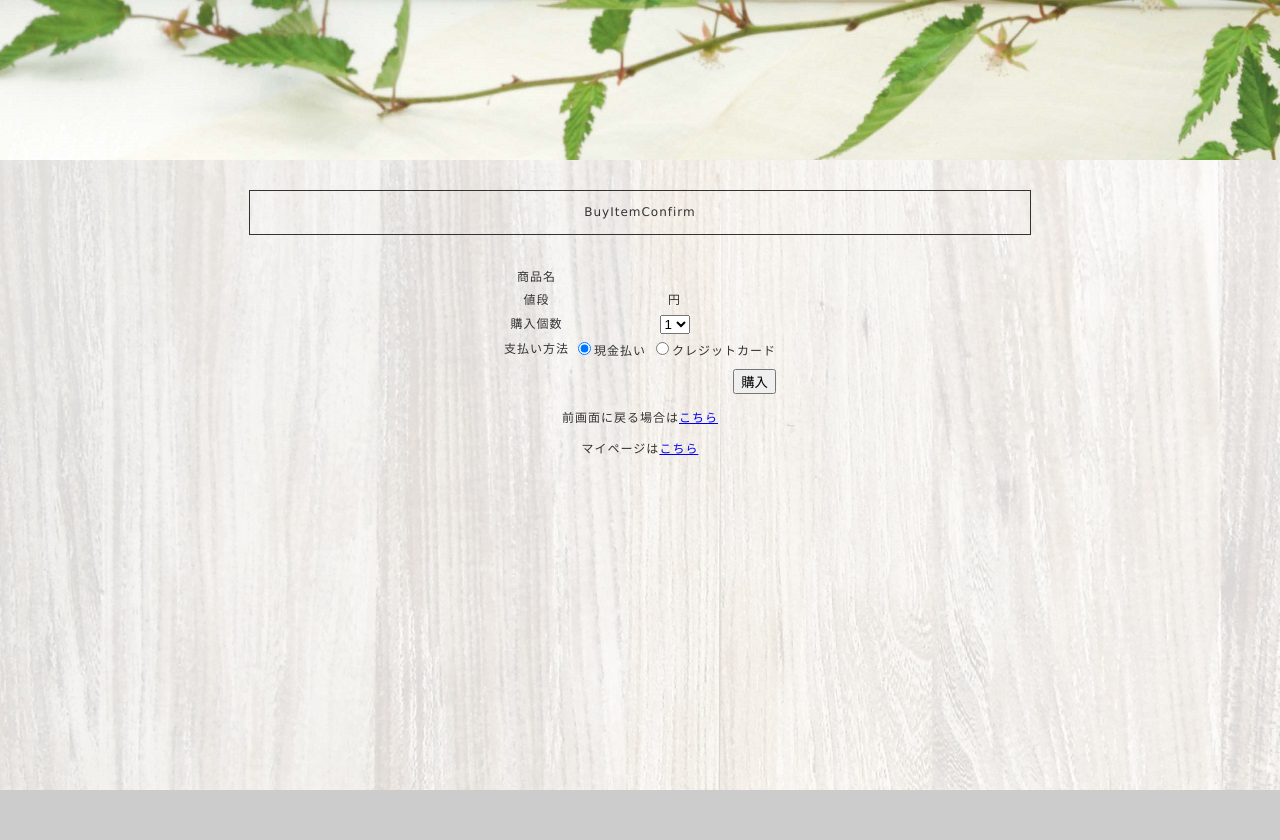
Repository: hiranatsu/ECtest
Page: http://localhost/myecsite01/buyItemConfirm.jsp
These files come from the project's save history. The page is drawn as it stood at one moment and after the next save; the edit follows.
The browser window is 1280 px wide. The pictures show the whole page.
Some web libraries are served in a nearby version. The page is served by Tomcat 9. Other server files are loaded and not shown.

Above is the page before, as saved 2018-09-19 08:37:10.

### myecsite01/WebContent/buyItemConfirm.jsp
<%@ page language="java" contentType="text/html; charset=UTF-8"
    pageEncoding="UTF-8"%>
<%@ taglib prefix="s" uri="/struts-tags" %>
<!DOCTYPE html>
<html>
<head>

	<meta http-equiv="Content-Type" content="text/html; charset=UTF-8"/>
	<meta http-equiv="Content-Style-Type" content="text/css"/>
	<meta http-equiv="Content-Script-Type" content="text/javascript"/>
	<meta http-equiv="itemtoolbar" content="no"/>
	<meta name="description" content=""/>
	<meta name="keywords" content=""/>
	<script src="http://ajax.googleapis.com/ajax/libs/jquery/1.9.1/jquery.min.js"></script>
	<title>BuyItemConfirm画面</title>

	<style type="text/css">
	body{
	margin:0;
	padding:0;
	line-height:1.6;
	letter-spacing:1px;
	font-family:Verdana,Helvetica,sans-serif;
	font-size:12px;
	color:#333;
	background-image:url("haikei1.jpg");
	}

	table{
	text-align:center;
	margin: 0 auto;
	}

	#top{
	width:780px;
	margin:30px auto;
	border:1px solid #333;
	}

	#header{
	height:100px;
	padding:30px;
	background-image:url("ocha.jpg");
	background size:cover;
	text-align:center;
	}

	#main{
	width:100%;
	height:600px;
	text-align:center;
	}
	#footer{
	width:100%;
	height:50px;
	background-color:#CCCCCC;
	clear:both;
	}
	</style>
	<script type="text/javascript">
		function submitAction(url){
			$('form').attr('action',url);
			$('form').submit();
		}
	</script>


</head>
<body>
	<div id="header">
		<div id="pr"></div>
	</div>
	<div id="main">
		<div id="top">
			<p>BuyItemConfirm</p>
		</div>
		<div>
			<s:form action="BuyItemAction">
			<table>
				<tr>
					<td><span>商品名</span></td>
					<td><s:property value="session.buyItem_name"/><br></td>
				</tr>
				<tr>
					<td><span>値段</span></td>
					<td><s:property value="session.buyItem_price"/><span>円</span></td>
				</tr>
				<tr>
					<td><span>購入個数</span></td>
					<td>
						<select name="count">
							<option value="1" selected="selected">1</option>
							<option value="2">2</option>
							<option value="3">3</option>
							<option value="4">4</option>
							<option value="5">5</option>
						</select>
					</td>
				</tr>
				<tr>
					<td><span>支払い方法</span></td>
					<td>
						<input type="radio" name="pay" value="1" checked="checked">現金払い
						<input type="radio" name="pay" value="2">クレジットカード
					</td>
				</tr>
				<tr>
					<td><s:submit value="購入"/></td>
				</tr>
			</table>
			</s:form>
			<div>
				<p>前画面に戻る場合は<a href='<s:url action="GoHomeAction"/>'>こちら</a></p>
				<p>マイページは<a href='<s:url action="MyPageAction"/>'>こちら</a></p>
			</div>
		</div>
	</div>
	<div id="footer">
		<div id="pr"></div>
	</div>

</body>
</html>

After the next save:
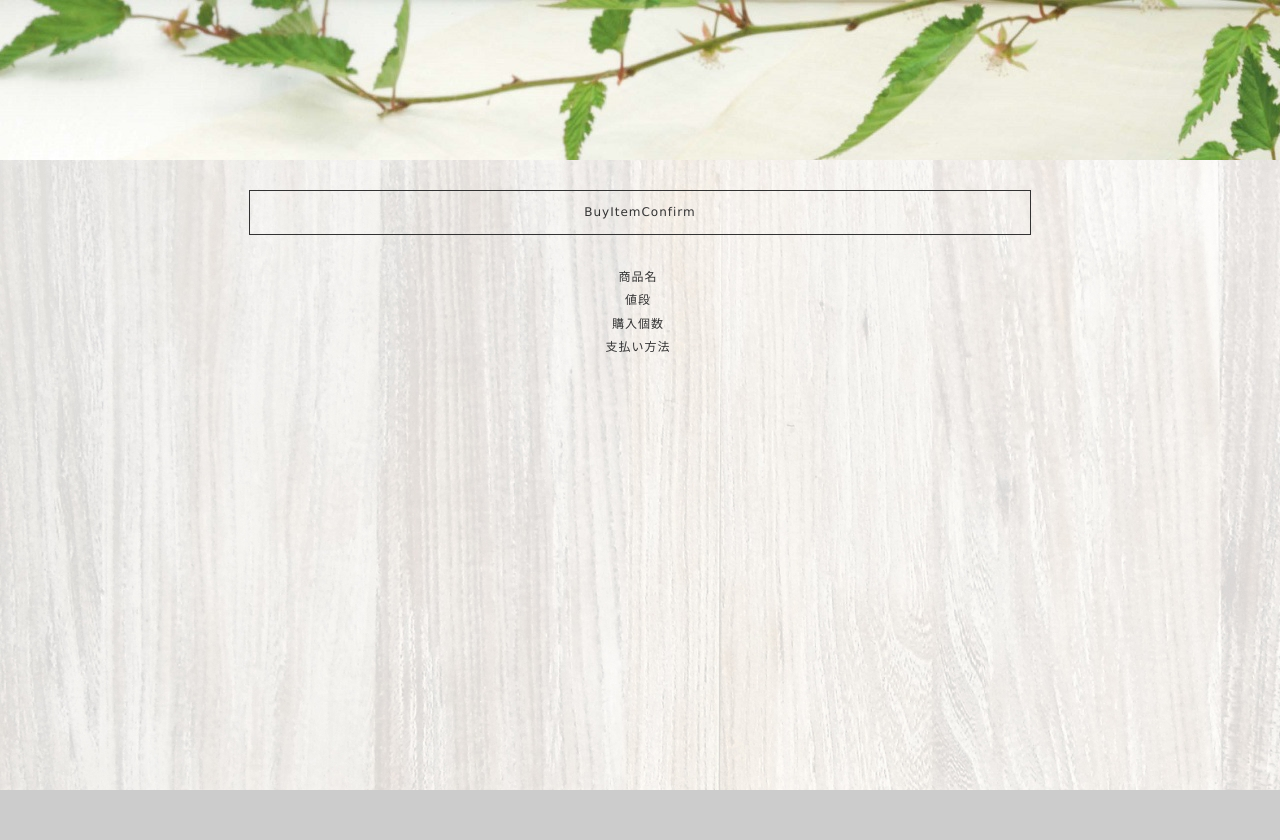
Saved 2 min 56 s later.
--- a/myecsite01/WebContent/buyItemConfirm.jsp
+++ b/myecsite01/WebContent/buyItemConfirm.jsp
@@ -75,45 +75,26 @@
 			<p>BuyItemConfirm</p>
 		</div>
 		<div>
-			<s:form action="BuyItemAction">
-			<table>
+			<s:form>
 				<tr>
-					<td><span>商品名</span></td>
-					<td><s:property value="session.buyItem_name"/><br></td>
+					<td>商品名</td>
+					<td><s:property value="session.total_price"/><span></span></td>
 				</tr>
 				<tr>
-					<td><span>値段</span></td>
-					<td><s:property value="session.buyItem_price"/><span>円</span></td>
+					<td>値段</td>
+					<td><s:property value="session.total_price"/><span></span></td>
 				</tr>
 				<tr>
-					<td><span>購入個数</span></td>
-					<td>
-						<select name="count">
-							<option value="1" selected="selected">1</option>
-							<option value="2">2</option>
-							<option value="3">3</option>
-							<option value="4">4</option>
-							<option value="5">5</option>
-						</select>
-					</td>
+					<td>購入個数</td>
+					<td><s:property value="session.total_price"/><span></span></td>
 				</tr>
 				<tr>
-					<td><span>支払い方法</span></td>
-					<td>
-						<input type="radio" name="pay" value="1" checked="checked">現金払い
-						<input type="radio" name="pay" value="2">クレジットカード
-					</td>
+					<td>支払い方法</td>
+					<td><s:property value="session.total_price"/><span></span></td>
 				</tr>
-				<tr>
-					<td><s:submit value="購入"/></td>
-				</tr>
-			</table>
 			</s:form>
-			<div>
-				<p>前画面に戻る場合は<a href='<s:url action="GoHomeAction"/>'>こちら</a></p>
-				<p>マイページは<a href='<s:url action="MyPageAction"/>'>こちら</a></p>
-			</div>
 		</div>
+
 	</div>
 	<div id="footer">
 		<div id="pr"></div>
